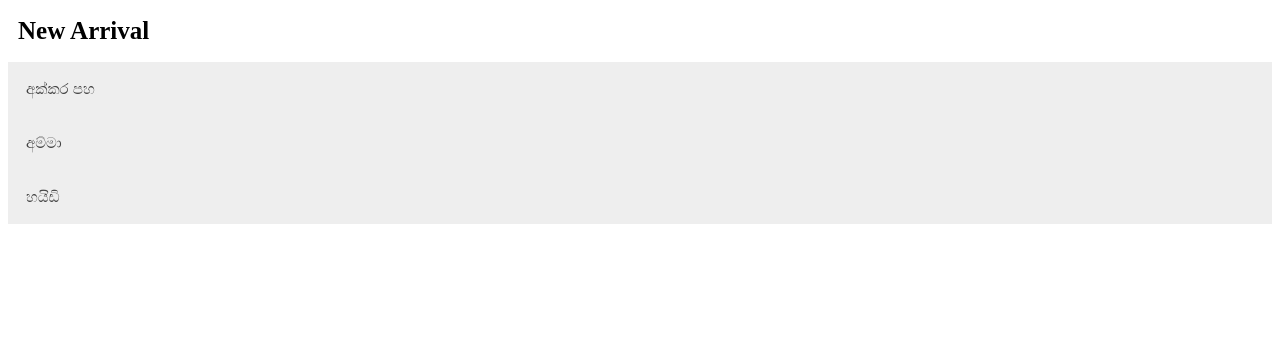
Repository: RPSKumara/DPEdudationPyhton
Page: ResponsiveWebAssigment/newArival.html
An editor plug-in stored every save of this project. The page is shown before and after the next save, followed by the edit.
The browser window is 1280 px wide. The pictures show the whole page.

Above is the page before, as saved 2022-04-22 20:18:19.

After the next save:
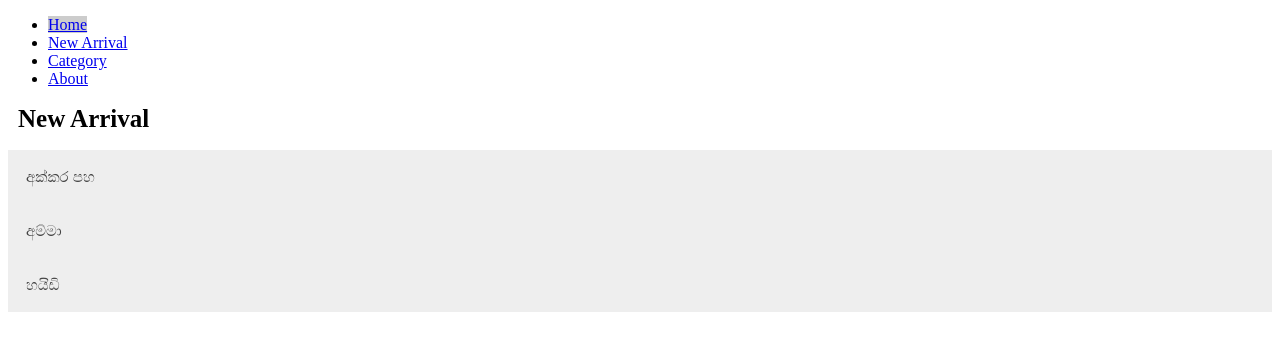
Saved 31 s later.
--- a/ResponsiveWebAssigment/newArival.html
+++ b/ResponsiveWebAssigment/newArival.html
@@ -32,8 +32,14 @@
 				overflow: hidden;
 			}
 		</style>
-	</head>
+	</head><ul class="navigationBar">
+        <li><a class="active" href="#home">Home</a></li>
+        <li><a href="#newArival">New Arrival</a></li>
+        <li><a href="category.html">Category</a></li>
+        <li class="right"><a href="https://open.uom.lk">About</a></li>
+    </ul>
 	<body>
+
         <h1 class="header">New Arrival</h1>
 		<button class="accordion">අක්කර පහ</button>
 		<div class="panel">
